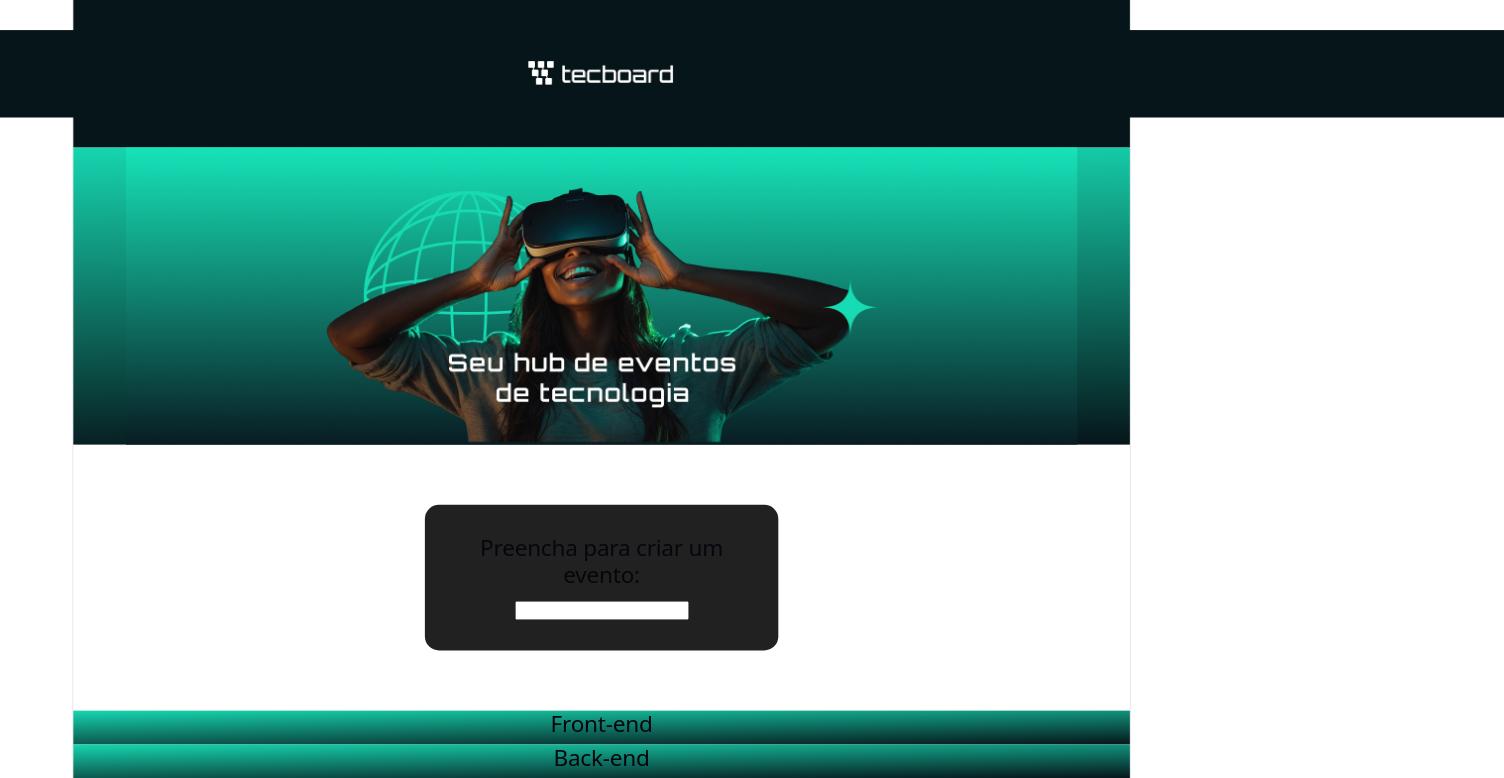
Repository: fernandadev12/techboard
Page: /
These files come from the project's save history. The page is drawn as it stood at one moment and after the next save; the edit follows.
The browser window is 1280 px wide. The page is 1600 px wide, so the pictures cover 1600 px, including what lies to the right of the window. The pictures show the whole page, at 94% of full size.
The project was rebuilt for these pictures with package versions that can differ from the ones it lists, and the page was loaded fresh each time. Also part of the build but not shown: vite.config.js.

Above is the page before, as saved 2026-06-14 12:01:55.

After the next save:
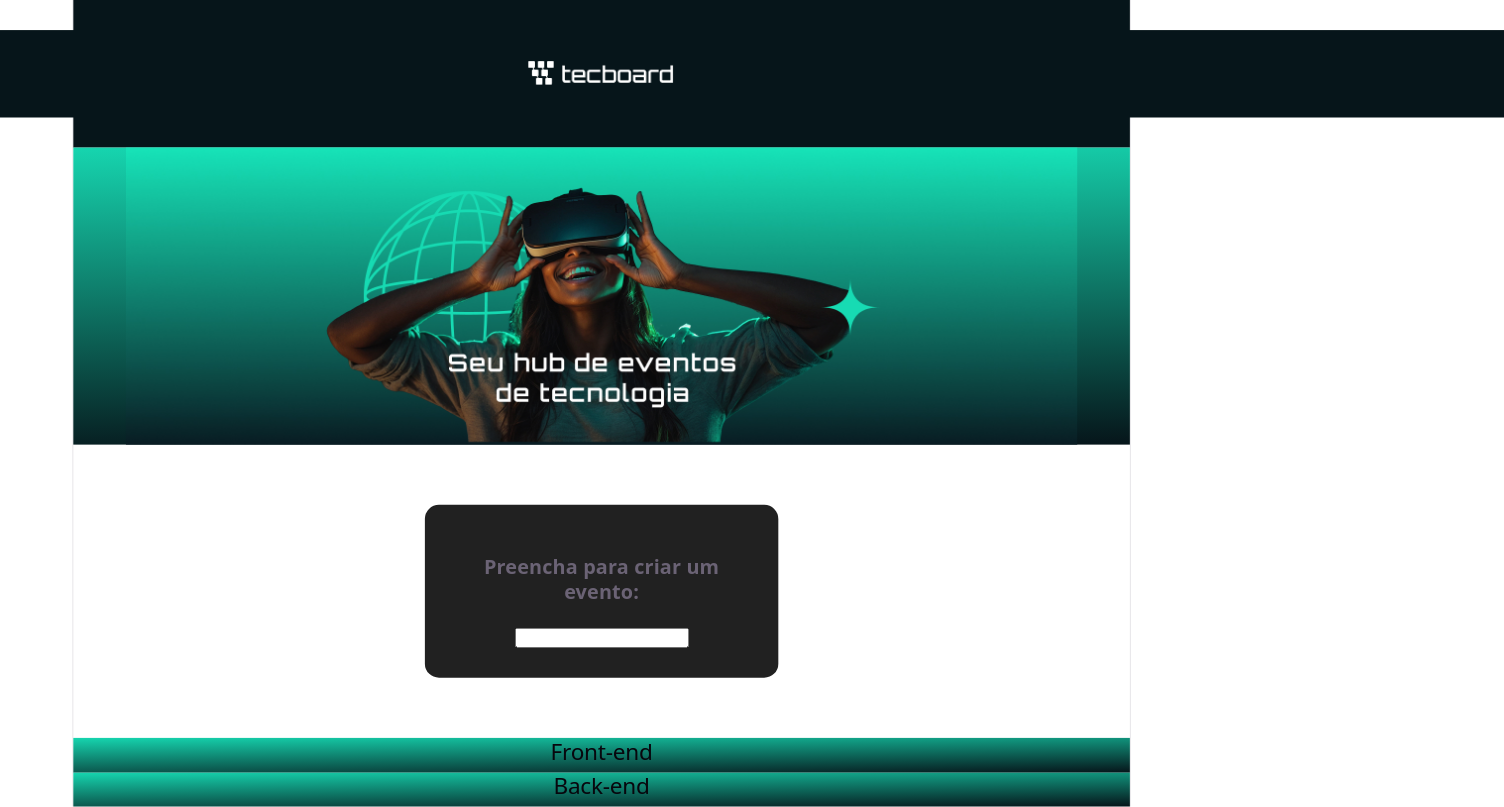
Saved 11 s later.
--- a/src/componentes/TituloFormulario/index.jsx
+++ b/src/componentes/TituloFormulario/index.jsx
@@ -1,5 +1,5 @@
 export function TituloFormulario() {
-  return <h2>Preencha para criar um evento:</h2>;
+  return <h3>Preencha para criar um evento:</h3>;
 }
 // export function TituloFormulario({ children }) {
 //   return <h2>{children}</h2>;
